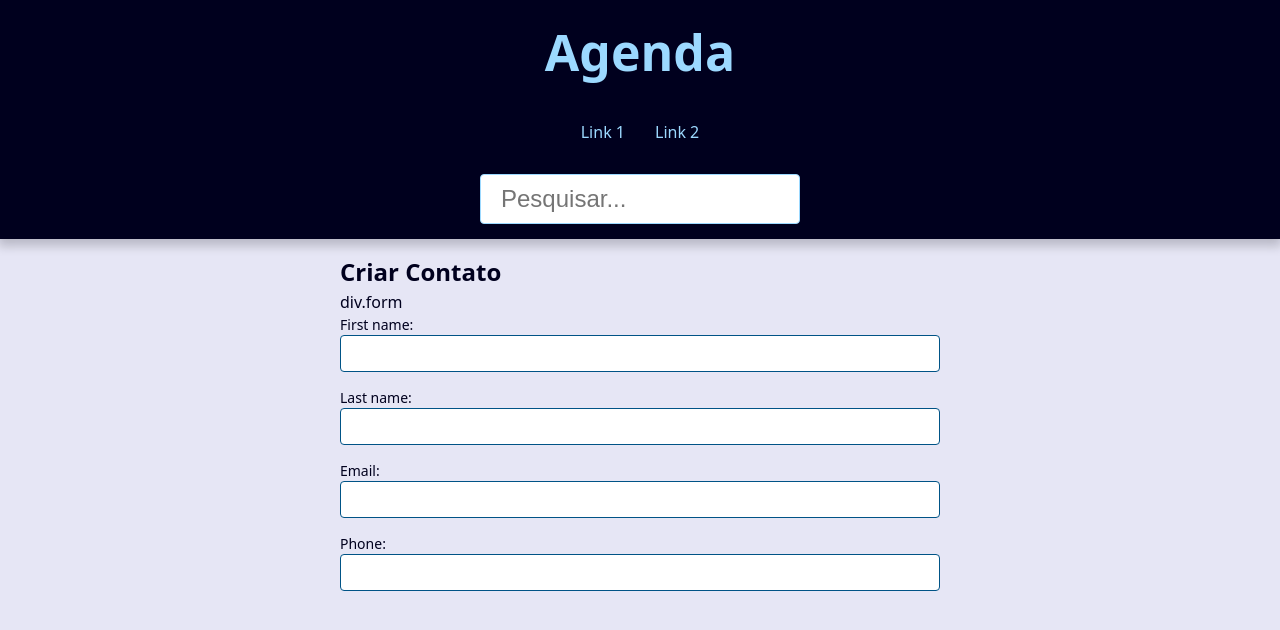
Repository: Anajuliabm248/Agenda
Page: http://localhost/contact/create/
The author's editor kept a copy of each file at every save. The page is drawn from the files as they stood at one save, then again after a run of saves.
The browser window is 1280 px wide. The pictures show the whole page.
The page is served by the project's application, run on Django 5.2 (manage.py). Other server files are loaded and not shown.

Above is the page before, as saved 2026-05-03 15:56:19.

### contact/templates/contact/create.html
{% extends "global/base.html" %}

{% block content %}

<div class="form-wrapper">
    <h2>Criar Contato</h2>

    <!-- enctype serve para indicar que o formulário pode enviar arquivos, como imagens ou documentos. -->
    <form action="{% url 'contact:create' %}" method="POST" enctype="multipart/form-data">
        <!-- proteção contra ataques CSRF (Cross-Site Request Forgery) -->
        {% csrf_token %}
        <!-- cria os campos do formulário dinamicamente -->
         div.form
        {% for field in form %}
            <div class="form-group">
                <label for="{{ field.id_for_label }}">{{ field.label }}:</label>
                {{ field }}
            </div>
        {% endfor %}
    </form>
</div>

{% endblock content %}

### base_templates/global/base.html
{% load static %}
<!DOCTYPE html>
<html lang="pt_BR">
<head>
    <meta charset="UTF-8">
    <title>{% block title %}{{ title }}{% endblock title %}</title>
    <link rel="stylesheet" href="{% static 'global/css/styles.css' %}">
</head>
<body>

    {% include 'global/partials/_header.html' %}

    {% block content %}

    {% endblock content %}

</body>
</html>

### base_templates/global/partials/_header.html
<header class="header">
        <h1 class="header-heading">
            <a href="{% url 'contact:index' %}" class="header-link">Agenda</a>
        </h1>
        <nav class="menu">
            <ul class="menu-list">
                <li class="menu-item">
                    <a href="" class="menu-link">Link 1</a>
                </li>
                <li class="menu-item">
                    <a href="" class="menu-link">Link 2</a>
            </ul>
        </nav>

        <div class="search">
            <form action="{% url 'contact:search' %}" method="GET">
                <input type="text" name="q" id="search" class="search-input" placeholder="Pesquisar..." value="{{ search_value }}">
            </form>
        </div>
    </header>

### contact/views/contact_forms.py

from django.shortcuts import redirect, render, get_object_or_404
from contact.models import Contact
from django.db.models import Q
from django.core.paginator import Paginator
from django import forms #classe para criar formulários personalizados
# Create your views here.

# Formulário para criar um contato
class ContactForm(forms.ModelForm):
    #a classe Meta é usada para configurar o formulário, indicando qual modelo ele representa e quais campos devem ser incluídos no formulário.
    class Meta:
        model = Contact
        fields = (
        'first_name',
        'last_name',
        'email',
        'phone',
        )

def create(request):
    context= {
        'form': ContactForm()
    }

    return render(
        request,
        'contact/create.html',
        context
    )

### Agenda/urls.py
"""
URL configuration for Agenda project.

The `urlpatterns` list routes URLs to views. For more information please see:
    https://docs.djangoproject.com/en/6.0/topics/http/urls/
Examples:
Function views
    1. Add an import:  from my_app import views
    2. Add a URL to urlpatterns:  path('', views.home, name='home')
Class-based views
    1. Add an import:  from other_app.views import Home
    2. Add a URL to urlpatterns:  path('', Home.as_view(), name='home')
Including another URLconf
    1. Import the include() function: from django.urls import include, path
    2. Add a URL to urlpatterns:  path('blog/', include('blog.urls'))
"""
from django.contrib import admin
from django.urls import path, include
from django.conf.urls.static import static
from django.conf import settings


urlpatterns = [
    path('admin/', admin.site.urls),
    path('', include('contact.urls'))
]

urlpatterns += static(settings.MEDIA_URL, document_root=settings.MEDIA_ROOT)
urlpatterns += static(settings.STATIC_URL, document_root=settings.STATIC_ROOT)

### contact/urls.py
from django.urls import path
from contact import views

app_name = 'contact'

urlpatterns = [
    path('', views.index, name='index'),
    path('search/', views.search, name='search'),
    #crud de contatos
    path('contact/<int:contact_id>/detail/', views.contact, name='contact'),
    path('contact/create/', views.create, name='create'),
]

### base_static/global/css/styles.css
:root {
  --spacing: 1.5rem;
  --link-dark-color: rgb(0, 83, 134);
  --link-light-color: rgb(156, 217, 255);
  --clr-white: rgb(245, 245, 255);
  --clr-black: rgb(0, 0, 30);
  --clr-light-gray: rgb(230, 230, 245);
  --clr-dark-shadow-5: rgba(0, 0, 10, 5%);
  --clr-dark-shadow-10: rgba(0, 0, 10, 10%);
  --clr-dark-shadow-20: rgba(0, 0, 10, 20%);
  --clr-light-shadow-5: rgba(200, 200, 255, 5%);
  --clr-light-shadow-10: rgba(200, 200, 255, 10%);
  --clr-light-shadow-20: rgba(200, 200, 255, 20%);
  --main-page-width: 120rem;
  --table-min-width: 60rem;
  --biggest-font-size: 5rem;
  --bigger-font-size: 4rem;
  --big-font-size: 3.2rem;
  --medium-font-size: 2.4rem;
  --small-font-size: 1.6rem;
  --smaller-font-size: 1.4rem;
  --smallest-font-size: 1.2rem;
  --transition-fast: 300ms;
  --transition-medium: 600ms;
  --transition-slow: 1s;
  --default-border-radius: 4px;
}

*,
*::before,
*::after {
  margin: 0;
  padding: 0;
  box-sizing: border-box;
}

html {
  font-size: 62.5%;
}

body {
  font-family: system-ui, -apple-system, BlinkMacSystemFont, 'Segoe UI', Roboto,
    Oxygen, Ubuntu, Cantarell, 'Open Sans', 'Helvetica Neue', sans-serif;
  line-height: 1.5;
  font-size: var(--small-font-size);
  color: var(--clr-black);
  -webkit-font-smoothing: antialiased;
  background: var(--clr-light-gray);
}

img,
svg {
  display: block;
  max-width: 100%;
}

.header {
  background: var(--clr-black);
  padding: var(--spacing);
  box-shadow: 0 5px 10px 2px var(--clr-dark-shadow-20);
  z-index: 1;
  position: relative;
}

.header-heading {
  font-size: var(--biggest-font-size);
  text-align: center;
}

.header-link {
  color: var(--link-light-color);
  text-decoration: none;
  transition: filter var(--transition-fast) ease-in-out;
}

.header-link:hover {
  filter: brightness(70%);
}

.menu {
  margin: var(--spacing);
}

.menu-list {
  list-style: none;
  display: flex;
  justify-content: center;
  flex-flow: row wrap;
}

.menu-link {
  display: block;
  padding: var(--spacing);
  color: var(--link-light-color);
  text-decoration: none;
  transition: background-color var(--transition-fast) ease-in-out;
  border-radius: var(--default-border-radius);
}

.menu-link:hover {
  background: var(--clr-light-shadow-10);
}

.content {
  max-width: var(--main-page-width);
  margin: calc(var(--spacing) * 2) auto;
  padding: var(--spacing);
  background: var(--clr-white);
  box-shadow: 2px 2px 5px var(--clr-dark-shadow-20);
  border-radius: var(--default-border-radius);
}

.responsive-table {
  width: 100%;
  overflow-x: auto;
}

.contacts-table {
  width: 100%;
  min-width: var(--table-min-width);
  border-collapse: collapse;
}

.table-caption {
  font-size: var(--medium-font-size);
  font-weight: bold;
  padding: var(--spacing);
}

.table-row {
  text-align: left;
  text-overflow: ellipsis;
  transition: background-color var(--transition-fast) ease-in-out;
}

.table-row:nth-of-type(2n) {
  background: var(--clr-dark-shadow-5);
}

.table-row:not(.table-row-header):hover {
  background: var(--clr-dark-shadow-10);
}

.table-row-header {
  background: var(--clr-light-gray);
  color: var(--clr-black);
}

.table-cel,
.table-header {
  padding: var(--spacing);
}

.table-link {
  color: var(--link-dark-color);
  transition: color var(--transition-fast) ease-in-out;
  text-decoration: none;
}

.table-link:hover {
  color: var(--clr-black);
}

@media (min-width: 600px) {
  .single-contact {
    max-width: 80%;
    margin: calc(var(--spacing) * 2) auto;
  }
}

.single-contact h1 {
  margin: 1rem 0;
}

.single-contact p {
  margin: 1rem 0;
}

.pagination {
  margin-top: var(--spacing);
  display: flex;
  justify-content: center;
  padding: calc(var(--spacing) * 0.8);
  font-size: var(--small-font-size);
}

.pagination .step-links {
  display: flex;
  gap: calc(var(--spacing) * 0.8);
}

.pagination .step-links a {
  color: var(--link-dark-color);
  transition: color var(--transition-fast) ease-in-out;
  text-decoration: none;
  display: block;
}

.search {
  display: flex;
  justify-content: center;
}

.search-input {
  font-size: var(--medium-font-size);
  padding: 1rem 2rem;
  width: 100%;
  max-width: 32rem;
  border-radius: var(--default-border-radius);
  border: 1px solid var(--link-light-color);
}

.search-input:focus {
  box-shadow: 0 0 15px var(--link-light-color);
}

.message {
  max-width: 600px;
  margin: var(--spacing) auto;
  margin-top: calc(var(--spacing) * 2);
  padding: var(--spacing);
  text-align: center;
  border-radius: var(--default-border-radius);
  font-size: var(--smaller-font-size);
}

.message.success {
  background: rgba(0, 255, 0, 0.3);
  border: 1px solid rgba(0, 255, 0, 90%);
}

.message.error {
  background: rgba(255, 0, 0, 0.3);
  border: 1px solid rgba(255, 0, 0, 90%);
}

.message.warning {
  background: rgba(255, 255, 0, 0.3);
  border: 1px solid rgba(255, 255, 0, 90%);
}

.form-wrapper {
  max-width: 60rem;
  margin: var(--spacing) auto;
}

.form-content {
  margin: var(--spacing) 0;
}

.form-group {
  display: flex;
  flex-direction: column;
  padding-bottom: var(--spacing);
}
.errorlist {
  list-style: none;
  font-size: var(--smaller-font-size);
  color: tomato;
}
.errorlist.nonfield {
  color: inherit;
}

.form-group p {
  margin: 1em 0;
}

.form-group .help-text,
.form-group .help-text ~ ul {
  margin: 0;
  font-size: var(--smallest-font-size);
  list-style: none;
}

.form-group input,
.form-group textarea,
.form-group select {
  padding: 1rem;
  border-radius: var(--default-border-radius);
  border: 1px solid var(--link-dark-color);
}

.form-group input:focus,
.form-group textarea:focus,
.form-group select:focus {
  outline: none;
  box-shadow: 0 0 5px var(--link-dark-color);
}

.form-group label {
  font-size: var(--smaller-font-size);
}

.btn {
  background-color: var(--link-dark-color);
  color: var(--clr-white);
  font-weight: bold;
  border: none;
  padding: 1rem 2rem;
  border-radius: var(--default-border-radius);
  cursor: pointer;
  transition: filter var(--transition-fast) ease-in-out;
}

.btn:hover {
  filter: brightness(90%);
}

.btn:focus,
.btn:active {
  filter: brightness(80%);
  box-shadow: 0 0 5px var(--link-dark-color);
}

Loaded but not shown: contact/models.py (common file)

After the next 2 saves:
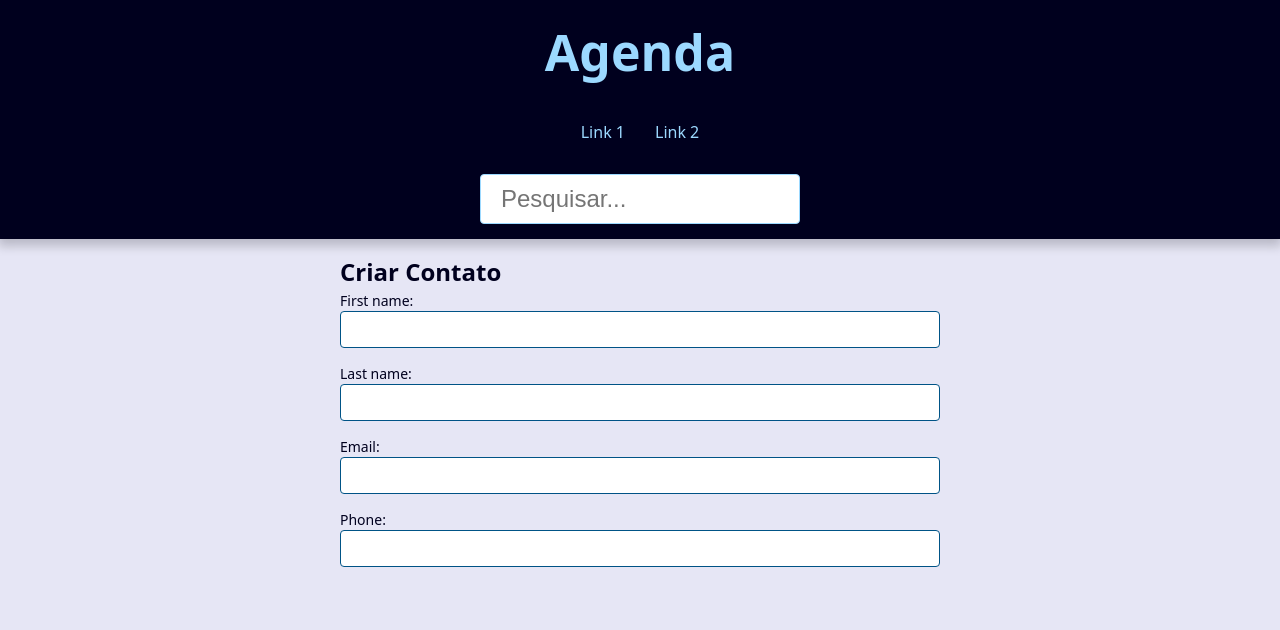
The 2 saves are shown as one change because they came seconds apart.
The last was saved 11 s later.
--- a/contact/templates/contact/create.html
+++ b/contact/templates/contact/create.html
@@ -10,7 +10,7 @@
         <!-- proteção contra ataques CSRF (Cross-Site Request Forgery) -->
         {% csrf_token %}
         <!-- cria os campos do formulário dinamicamente -->
-         div.form
+         <div>
         {% for field in form %}
             <div class="form-group">
                 <label for="{{ field.id_for_label }}">{{ field.label }}:</label>
